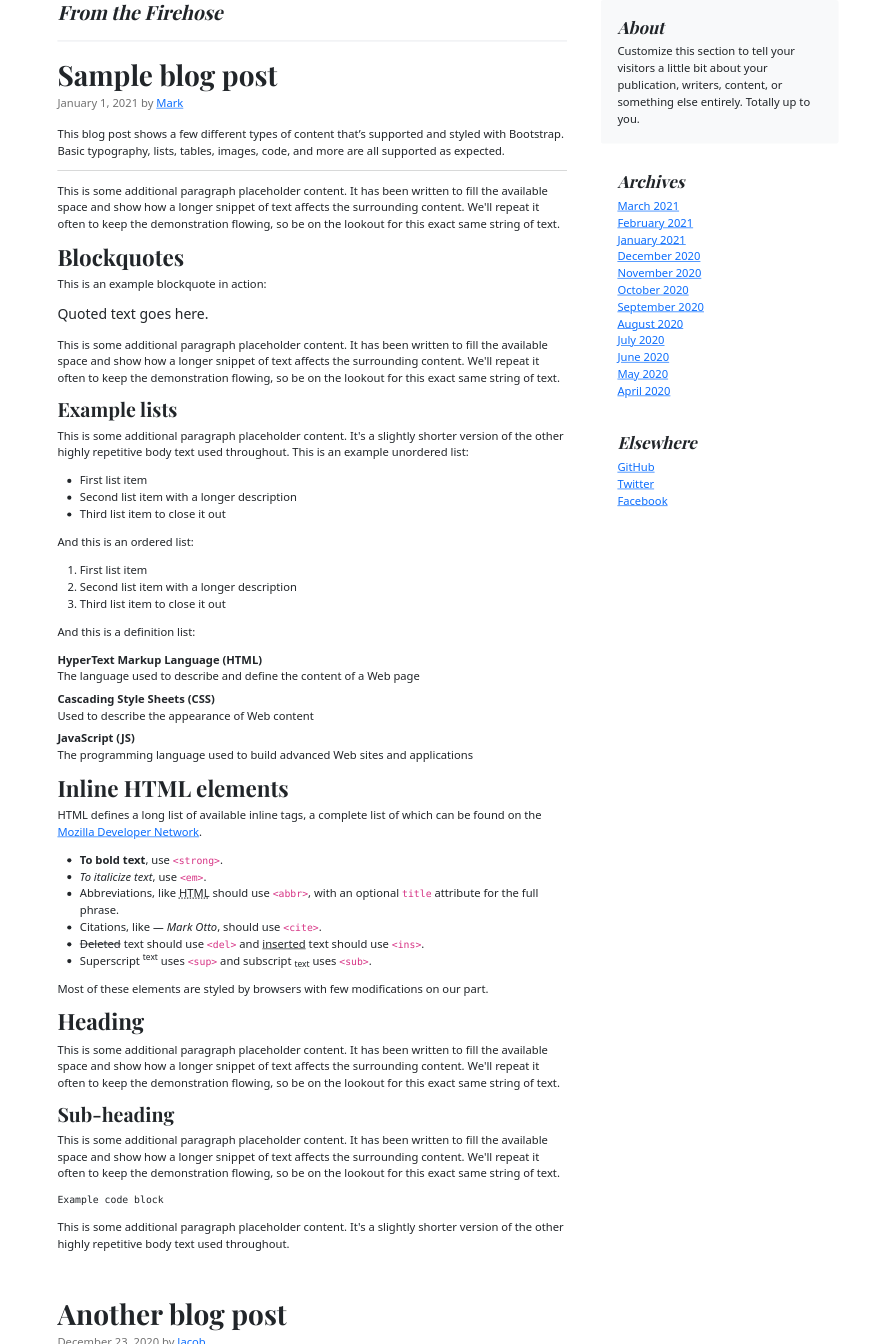
Repository: GarlicButterBoy/WEBD5201
Page: http://localhost/
These files come from the project's save history. The page is drawn as it stood at one moment and after the next save; the edit follows.
The browser window is 1280 px wide. The pictures show the part of the page from y = 790 to 2710 px (the page is 4003 px tall before and 4051 px after), at 70% of full size.
The page is served by the project's Laravel application, run on PHP 8.4 with Laravel 8. Other server files are loaded and not shown.

Above is the page before, as saved 2021-09-21 12:46:46.

### routes/web.php
<?php

/*
|--------------------------------------------------------------------------
| Web Routes
|--------------------------------------------------------------------------
|
| Here is where you can register web routes for your application. These
| routes are loaded by the RouteServiceProvider within a group which
| contains the "web" middleware group. Now create something great!
|
*/
use App\Task;
use App\Post;

Route::get('/tasks', 'TasksController@index'); //Replaced -> //Route::get('/tasks', function () {});

Route::get('/tasks/{task}', 'TasksController@show'); //Replaced -> //Route::get('/tasks/{task}', function ($id) {});


Route::get('/', 'PostsController@index');
Route::get('/posts/{post}', 'PostsController@show'); //Replaced -> //Route::get('/tasks', function () {});

//Route::get('/about', function () {  return view('about'); });

### app/Http/Controllers/PostsController.php
<?php

namespace App\Http\Controllers;

use Illuminate\Http\Request;
use App\Post;

class PostsController extends Controller
{
    public function index()
    {
        return view('posts.index');
    }

    public function show()
    {
        return view('posts.show');
    }
}

### resources/views/posts/index.blade.php
@extends ('layouts.main')

@section ('content')

<main class="container">
  <div class="p-4 p-md-5 mb-4 text-white rounded bg-dark">
    <div class="col-md-6 px-0">
      <h1 class="display-4 fst-italic">Title of a longer featured blog post</h1>
      <p class="lead my-3">Multiple lines of text that form the lede, informing new readers quickly and efficiently about what’s most interesting in this post’s contents.</p>
      <p class="lead mb-0"><a href="#" class="text-white fw-bold">Continue reading...</a></p>
    </div>
  </div>

  <div class="row mb-2">
    <div class="col-md-6">
      <div class="row g-0 border rounded overflow-hidden flex-md-row mb-4 shadow-sm h-md-250 position-relative">
        <div class="col p-4 d-flex flex-column position-static">
          <strong class="d-inline-block mb-2 text-primary">World</strong>
          <h3 class="mb-0">Featured post</h3>
          <div class="mb-1 text-muted">Nov 12</div>
          <p class="card-text mb-auto">This is a wider card with supporting text below as a natural lead-in to additional content.</p>
          <a href="#" class="stretched-link">Continue reading</a>
        </div>
        <div class="col-auto d-none d-lg-block">
          <svg class="bd-placeholder-img" width="200" height="250" xmlns="http://www.w3.org/2000/svg" role="img" aria-label="Placeholder: Thumbnail" preserveAspectRatio="xMidYMid slice" focusable="false"><title>Placeholder</title><rect width="100%" height="100%" fill="#55595c"/><text x="50%" y="50%" fill="#eceeef" dy=".3em">Thumbnail</text></svg>

        </div>
      </div>
    </div>
    <div class="col-md-6">
      <div class="row g-0 border rounded overflow-hidden flex-md-row mb-4 shadow-sm h-md-250 position-relative">
        <div class="col p-4 d-flex flex-column position-static">
          <strong class="d-inline-block mb-2 text-success">Design</strong>
          <h3 class="mb-0">Post title</h3>
          <div class="mb-1 text-muted">Nov 11</div>
          <p class="mb-auto">This is a wider card with supporting text below as a natural lead-in to additional content.</p>
          <a href="#" class="stretched-link">Continue reading</a>
        </div>
        <div class="col-auto d-none d-lg-block">
          <svg class="bd-placeholder-img" width="200" height="250" xmlns="http://www.w3.org/2000/svg" role="img" aria-label="Placeholder: Thumbnail" preserveAspectRatio="xMidYMid slice" focusable="false"><title>Placeholder</title><rect width="100%" height="100%" fill="#55595c"/><text x="50%" y="50%" fill="#eceeef" dy=".3em">Thumbnail</text></svg>

        </div>
      </div>
    </div>
  </div>

  <div class="row g-5">
    <div class="col-md-8">
      <h3 class="pb-4 mb-4 fst-italic border-bottom">
        From the Firehose
      </h3>

      <article class="blog-post">
        <h2 class="blog-post-title">Sample blog post</h2>
        <p class="blog-post-meta">January 1, 2021 by <a href="#">Mark</a></p>

        <p>This blog post shows a few different types of content that’s supported and styled with Bootstrap. Basic typography, lists, tables, images, code, and more are all supported as expected.</p>
        <hr>
        <p>This is some additional paragraph placeholder content. It has been written to fill the available space and show how a longer snippet of text affects the surrounding content. We'll repeat it often to keep the demonstration flowing, so be on the lookout for this exact same string of text.</p>
        <h2>Blockquotes</h2>
        <p>This is an example blockquote in action:</p>
        <blockquote class="blockquote">
          <p>Quoted text goes here.</p>
        </blockquote>
        <p>This is some additional paragraph placeholder content. It has been written to fill the available space and show how a longer snippet of text affects the surrounding content. We'll repeat it often to keep the demonstration flowing, so be on the lookout for this exact same string of text.</p>
        <h3>Example lists</h3>
        <p>This is some additional paragraph placeholder content. It's a slightly shorter version of the other highly repetitive body text used throughout. This is an example unordered list:</p>
        <ul>
          <li>First list item</li>
          <li>Second list item with a longer description</li>
          <li>Third list item to close it out</li>
        </ul>
        <p>And this is an ordered list:</p>
        <ol>
          <li>First list item</li>
          <li>Second list item with a longer description</li>
          <li>Third list item to close it out</li>
        </ol>
        <p>And this is a definition list:</p>
        <dl>
          <dt>HyperText Markup Language (HTML)</dt>
          <dd>The language used to describe and define the content of a Web page</dd>
          <dt>Cascading Style Sheets (CSS)</dt>
          <dd>Used to describe the appearance of Web content</dd>
          <dt>JavaScript (JS)</dt>
          <dd>The programming language used to build advanced Web sites and applications</dd>
        </dl>
        <h2>Inline HTML elements</h2>
        <p>HTML defines a long list of available inline tags, a complete list of which can be found on the <a href="https://developer.mozilla.org/en-US/docs/Web/HTML/Element">Mozilla Developer Network</a>.</p>
        <ul>
          <li><strong>To bold text</strong>, use <code class="language-plaintext highlighter-rouge">&lt;strong&gt;</code>.</li>
          <li><em>To italicize text</em>, use <code class="language-plaintext highlighter-rouge">&lt;em&gt;</code>.</li>
          <li>Abbreviations, like <abbr title="HyperText Markup Langage">HTML</abbr> should use <code class="language-plaintext highlighter-rouge">&lt;abbr&gt;</code>, with an optional <code class="language-plaintext highlighter-rouge">title</code> attribute for the full phrase.</li>
          <li>Citations, like <cite>— Mark Otto</cite>, should use <code class="language-plaintext highlighter-rouge">&lt;cite&gt;</code>.</li>
          <li><del>Deleted</del> text should use <code class="language-plaintext highlighter-rouge">&lt;del&gt;</code> and <ins>inserted</ins> text should use <code class="language-plaintext highlighter-rouge">&lt;ins&gt;</code>.</li>
          <li>Superscript <sup>text</sup> uses <code class="language-plaintext highlighter-rouge">&lt;sup&gt;</code> and subscript <sub>text</sub> uses <code class="language-plaintext highlighter-rouge">&lt;sub&gt;</code>.</li>
        </ul>
        <p>Most of these elements are styled by browsers with few modifications on our part.</p>
        <h2>Heading</h2>
        <p>This is some additional paragraph placeholder content. It has been written to fill the available space and show how a longer snippet of text affects the surrounding content. We'll repeat it often to keep the demonstration flowing, so be on the lookout for this exact same string of text.</p>
        <h3>Sub-heading</h3>
        <p>This is some additional paragraph placeholder content. It has been written to fill the available space and show how a longer snippet of text affects the surrounding content. We'll repeat it often to keep the demonstration flowing, so be on the lookout for this exact same string of text.</p>
        <pre><code>Example code block</code></pre>
        <p>This is some additional paragraph placeholder content. It's a slightly shorter version of the other highly repetitive body text used throughout.</p>
      </article>

      <article class="blog-post">
        <h2 class="blog-post-title">Another blog post</h2>
        <p class="blog-post-meta">December 23, 2020 by <a href="#">Jacob</a></p>

        <p>This is some additional paragraph placeholder content. It has been written to fill the available space and show how a longer snippet of text affects the surrounding content. We'll repeat it often to keep the demonstration flowing, so be on the lookout for this exact same string of text.</p>
        <blockquote>
          <p>Longer quote goes here, maybe with some <strong>emphasized text</strong> in the middle of it.</p>
        </blockquote>
        <p>This is some additional paragraph placeholder content. It has been written to fill the available space and show how a longer snippet of text affects the surrounding content. We'll repeat it often to keep the demonstration flowing, so be on the lookout for this exact same string of text.</p>
        <h3>Example table</h3>
        <p>And don't forget about tables in these posts:</p>
        <table class="table">
          <thead>
            <tr>
              <th>Name</th>
              <th>Upvotes</th>
              <th>Downvotes</th>
            </tr>
          </thead>
          <tbody>
            <tr>
              <td>Alice</td>
              <td>10</td>
              <td>11</td>
            </tr>
            <tr>
              <td>Bob</td>
              <td>4</td>
              <td>3</td>
            </tr>
            <tr>
              <td>Charlie</td>
              <td>7</td>
              <td>9</td>
            </tr>
          </tbody>
          <tfoot>
            <tr>
              <td>Totals</td>
              <td>21</td>
              <td>23</td>
            </tr>
          </tfoot>
        </table>

        <p>This is some additional paragraph placeholder content. It's a slightly shorter version of the other highly repetitive body text used throughout.</p>
      </article>

      <article class="blog-post">
        <h2 class="blog-post-title">New feature</h2>
        <p class="blog-post-meta">December 14, 2020 by <a href="#">Chris</a></p>

        <p>This is some additional paragraph placeholder content. It has been written to fill the available space and show how a longer snippet of text affects the surrounding content. We'll repeat it often to keep the demonstration flowing, so be on the lookout for this exact same string of text.</p>
        <ul>
          <li>First list item</li>
          <li>Second list item with a longer description</li>
          <li>Third list item to close it out</li>
        </ul>
        <p>This is some additional paragraph placeholder content. It's a slightly shorter version of the other highly repetitive body text used throughout.</p>
      </article>

      <nav class="blog-pagination" aria-label="Pagination">
        <a class="btn btn-outline-primary" href="#">Older</a>
        <a class="btn btn-outline-secondary disabled">Newer</a>
      </nav>

    </div>

    <div class="col-md-4">
      <div class="position-sticky" style="top: 2rem;">
        <div class="p-4 mb-3 bg-light rounded">
          <h4 class="fst-italic">About</h4>
          <p class="mb-0">Customize this section to tell your visitors a little bit about your publication, writers, content, or something else entirely. Totally up to you.</p>
        </div>

        <div class="p-4">
          <h4 class="fst-italic">Archives</h4>
          <ol class="list-unstyled mb-0">
            <li><a href="#">March 2021</a></li>
            <li><a href="#">February 2021</a></li>
            <li><a href="#">January 2021</a></li>
            <li><a href="#">December 2020</a></li>
            <li><a href="#">November 2020</a></li>
            <li><a href="#">October 2020</a></li>
            <li><a href="#">September 2020</a></li>
            <li><a href="#">August 2020</a></li>
            <li><a href="#">July 2020</a></li>
            <li><a href="#">June 2020</a></li>
            <li><a href="#">May 2020</a></li>
            <li><a href="#">April 2020</a></li>
          </ol>
        </div>

        <div class="p-4">
          <h4 class="fst-italic">Elsewhere</h4>
          <ol class="list-unstyled">
            <li><a href="#">GitHub</a></li>
            <li><a href="#">Twitter</a></li>
            <li><a href="#">Facebook</a></li>
          </ol>
        </div>
      </div>
    </div>
  </div>

</main>

@endsection

### resources/views/layouts/main.blade.php
<!doctype html>
<html lang="en">
  <head>
    <meta charset="utf-8">
    <meta name="viewport" content="width=device-width, initial-scale=1">
    <meta name="description" content="">
    <meta name="author" content="Mark Otto, Jacob Thornton, and Bootstrap contributors">
    <meta name="generator" content="Hugo 0.88.1">
    <title>Blog Template · Bootstrap v5.1</title>

    <link rel="canonical" href="https://getbootstrap.com/docs/5.1/examples/blog/">



    <!-- Bootstrap core CSS -->
    <link href="https://cdn.jsdelivr.net/npm/bootstrap@5.1.1/dist/css/bootstrap.min.css" rel="stylesheet" integrity="sha384-F3w7mX95PdgyTmZZMECAngseQB83DfGTowi0iMjiWaeVhAn4FJkqJByhZMI3AhiU" crossorigin="anonymous">

    <!-- Favicons -->
<link rel="apple-touch-icon" href="/docs/5.1/assets/img/favicons/apple-touch-icon.png" sizes="180x180">
<link rel="icon" href="/docs/5.1/assets/img/favicons/favicon-32x32.png" sizes="32x32" type="image/png">
<link rel="icon" href="/docs/5.1/assets/img/favicons/favicon-16x16.png" sizes="16x16" type="image/png">
<link rel="manifest" href="/docs/5.1/assets/img/favicons/manifest.json">
<link rel="mask-icon" href="/docs/5.1/assets/img/favicons/safari-pinned-tab.svg" color="#7952b3">
<link rel="icon" href="/docs/5.1/assets/img/favicons/favicon.ico">
<meta name="theme-color" content="#7952b3">


    <style>
      .bd-placeholder-img {
        font-size: 1.125rem;
        text-anchor: middle;
        -webkit-user-select: none;
        -moz-user-select: none;
        user-select: none;
      }

      @media (min-width: 768px) {
        .bd-placeholder-img-lg {
          font-size: 3.5rem;
        }
      }
    </style>


    <!-- Custom styles for this template -->
    <link href="https://fonts.googleapis.com/css?family=Playfair&#43;Display:700,900&amp;display=swap" rel="stylesheet">
    <!-- Custom styles for this template -->
    <link href="/css/blog.css" rel="stylesheet">
  </head>
  <body>

<div class="container">
  <header class="blog-header py-3">
    <div class="row flex-nowrap justify-content-between align-items-center">
      <div class="col-4 pt-1">
        <a class="link-secondary" href="#">Subscribe</a>
      </div>
      <div class="col-4 text-center">
        <a class="blog-header-logo text-dark" href="#">Large</a>
      </div>
      <div class="col-4 d-flex justify-content-end align-items-center">
        <a class="link-secondary" href="#" aria-label="Search">
          <svg xmlns="http://www.w3.org/2000/svg" width="20" height="20" fill="none" stroke="currentColor" stroke-linecap="round" stroke-linejoin="round" stroke-width="2" class="mx-3" role="img" viewBox="0 0 24 24"><title>Search</title><circle cx="10.5" cy="10.5" r="7.5"/><path d="M21 21l-5.2-5.2"/></svg>
        </a>
        <a class="btn btn-sm btn-outline-secondary" href="#">Sign up</a>
      </div>
    </div>


  @include ('layouts.nav')
  </header>


</div>

<div class="container">
  <div class="row">
    @yield ('content')

    @include ('layouts.sidebar')
  </div>
</div>

@include ('layouts.footer')

  </body>
</html>

### resources/views/layouts/nav.blade.php
<div class="nav-scroller py-1 mb-2">
    <nav class="nav d-flex justify-content-between">
      <a class="p-2 link-secondary" href="#">World</a>
      <a class="p-2 link-secondary" href="#">U.S.</a>
      <a class="p-2 link-secondary" href="#">Technology</a>
      <a class="p-2 link-secondary" href="#">Design</a>
      <a class="p-2 link-secondary" href="#">Culture</a>
      <a class="p-2 link-secondary" href="#">Business</a>
      <a class="p-2 link-secondary" href="#">Politics</a>
      <a class="p-2 link-secondary" href="#">Opinion</a>
      <a class="p-2 link-secondary" href="#">Science</a>
      <a class="p-2 link-secondary" href="#">Health</a>
      <a class="p-2 link-secondary" href="#">Style</a>
      <a class="p-2 link-secondary" href="#">Travel</a>
    </nav>
</div>

### resources/views/layouts/footer.blade.php
<footer class="blog-footer">
  <p>Blog template built for <a href="https://getbootstrap.com/">Bootstrap</a> by <a href="https://twitter.com/mdo">@mdo</a>.</p>
  <p>
    <a href="#">Back to top</a>
  </p>
</footer>

### public/css/blog.css
/* stylelint-disable selector-list-comma-newline-after */

.blog-header {
    line-height: 1;
    border-bottom: 1px solid #e5e5e5;
  }

  .blog-header-logo {
    font-family: "Playfair Display", Georgia, "Times New Roman", serif/*rtl:Amiri, Georgia, "Times New Roman", serif*/;
    font-size: 2.25rem;
  }

  .blog-header-logo:hover {
    text-decoration: none;
  }

  h1, h2, h3, h4, h5, h6 {
    font-family: "Playfair Display", Georgia, "Times New Roman", serif/*rtl:Amiri, Georgia, "Times New Roman", serif*/;
  }

  .display-4 {
    font-size: 2.5rem;
  }
  @media (min-width: 768px) {
    .display-4 {
      font-size: 3rem;
    }
  }

  .nav-scroller {
    position: relative;
    z-index: 2;
    height: 2.75rem;
    overflow-y: hidden;
  }

  .nav-scroller .nav {
    display: flex;
    flex-wrap: nowrap;
    padding-bottom: 1rem;
    margin-top: -1px;
    overflow-x: auto;
    text-align: center;
    white-space: nowrap;
    -webkit-overflow-scrolling: touch;
  }

  .nav-scroller .nav-link {
    padding-top: .75rem;
    padding-bottom: .75rem;
    font-size: .875rem;
  }

  .card-img-right {
    height: 100%;
    border-radius: 0 3px 3px 0;
  }

  .flex-auto {
    flex: 0 0 auto;
  }

  .h-250 { height: 250px; }
  @media (min-width: 768px) {
    .h-md-250 { height: 250px; }
  }

  /* Pagination */
  .blog-pagination {
    margin-bottom: 4rem;
  }
  .blog-pagination > .btn {
    border-radius: 2rem;
  }

  /*
   * Blog posts
   */
  .blog-post {
    margin-bottom: 4rem;
  }
  .blog-post-title {
    margin-bottom: .25rem;
    font-size: 2.5rem;
  }
  .blog-post-meta {
    margin-bottom: 1.25rem;
    color: #727272;
  }

  /*
   * Footer
   */
  .blog-footer {
    padding: 2.5rem 0;
    color: #727272;
    text-align: center;
    background-color: #f9f9f9;
    border-top: .05rem solid #e5e5e5;
  }
  .blog-footer p:last-child {
    margin-bottom: 0;
  }

Loaded but not shown: app/Providers/AppServiceProvider.php (common file); app/Http/Controllers/Controller.php (common file); resources/views/layouts/sidebar.blade.php (no stored copy; drawn as an empty file)

After the next save:
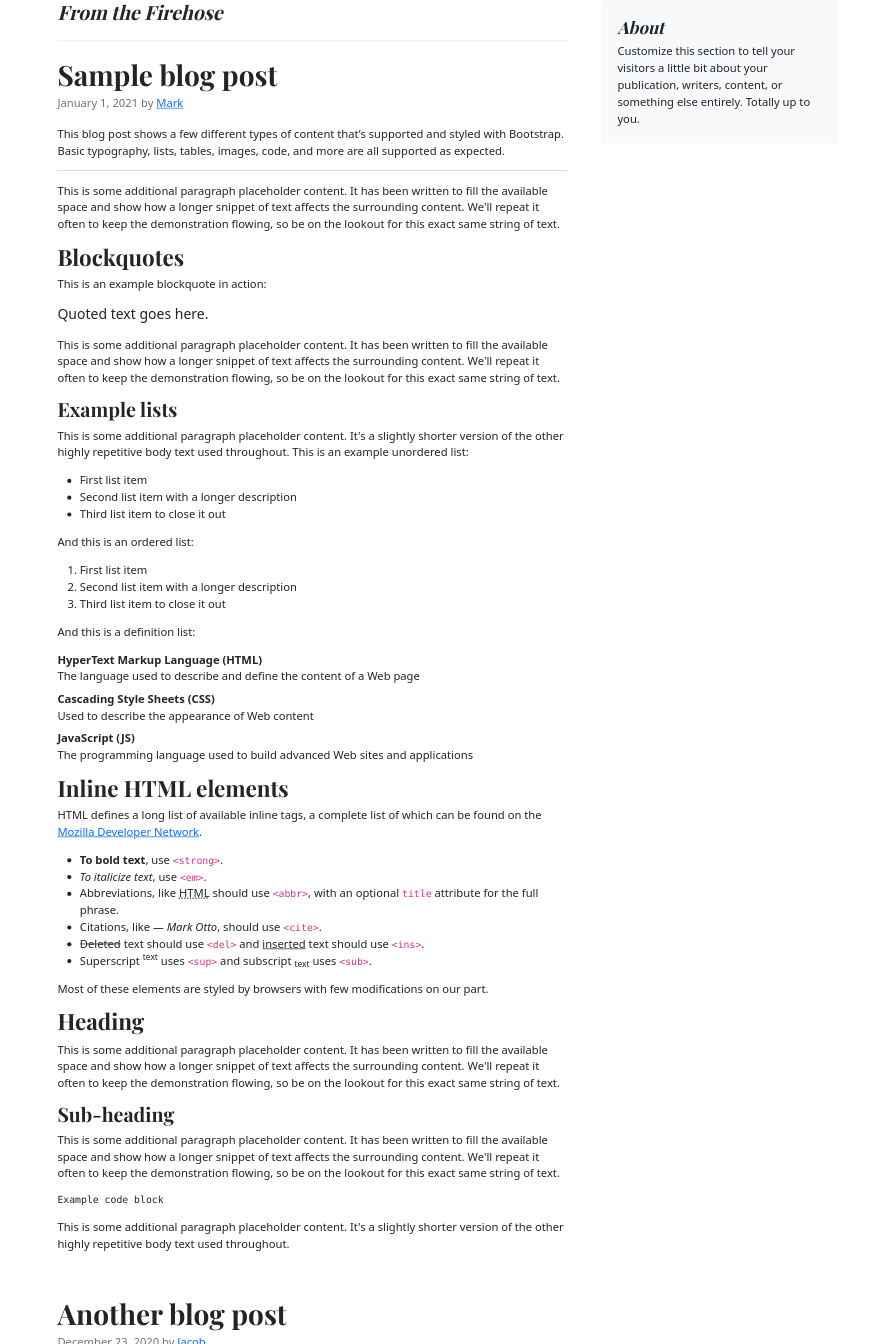
Saved 96 s later.
--- a/resources/views/posts/index.blade.php
+++ b/resources/views/posts/index.blade.php
@@ -179,36 +179,6 @@
           <p class="mb-0">Customize this section to tell your visitors a little bit about your publication, writers, content, or something else entirely. Totally up to you.</p>
         </div>
 
-        <div class="p-4">
-          <h4 class="fst-italic">Archives</h4>
-          <ol class="list-unstyled mb-0">
-            <li><a href="#">March 2021</a></li>
-            <li><a href="#">February 2021</a></li>
-            <li><a href="#">January 2021</a></li>
-            <li><a href="#">December 2020</a></li>
-            <li><a href="#">November 2020</a></li>
-            <li><a href="#">October 2020</a></li>
-            <li><a href="#">September 2020</a></li>
-            <li><a href="#">August 2020</a></li>
-            <li><a href="#">July 2020</a></li>
-            <li><a href="#">June 2020</a></li>
-            <li><a href="#">May 2020</a></li>
-            <li><a href="#">April 2020</a></li>
-          </ol>
-        </div>
 
-        <div class="p-4">
-          <h4 class="fst-italic">Elsewhere</h4>
-          <ol class="list-unstyled">
-            <li><a href="#">GitHub</a></li>
-            <li><a href="#">Twitter</a></li>
-            <li><a href="#">Facebook</a></li>
-          </ol>
-        </div>
-      </div>
-    </div>
-  </div>
-
-</main>
 
 @endsection
